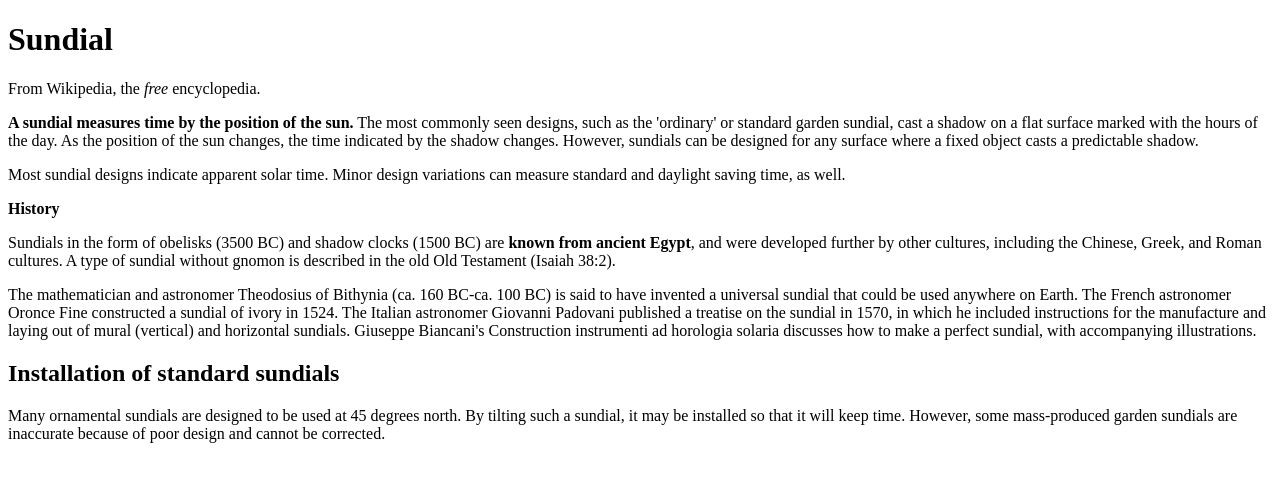
Repository: 9-5-pursuit/lab-intro-to-html
Page: sundial.html
These files come from the project's save history. The page is drawn as it stood at one moment and after a run of saves; the edit follows.
The browser window is 1280 px wide. The pictures show the whole page.

Above is the page before, as saved 2023-02-28 09:25:24.

After the next 5 saves:
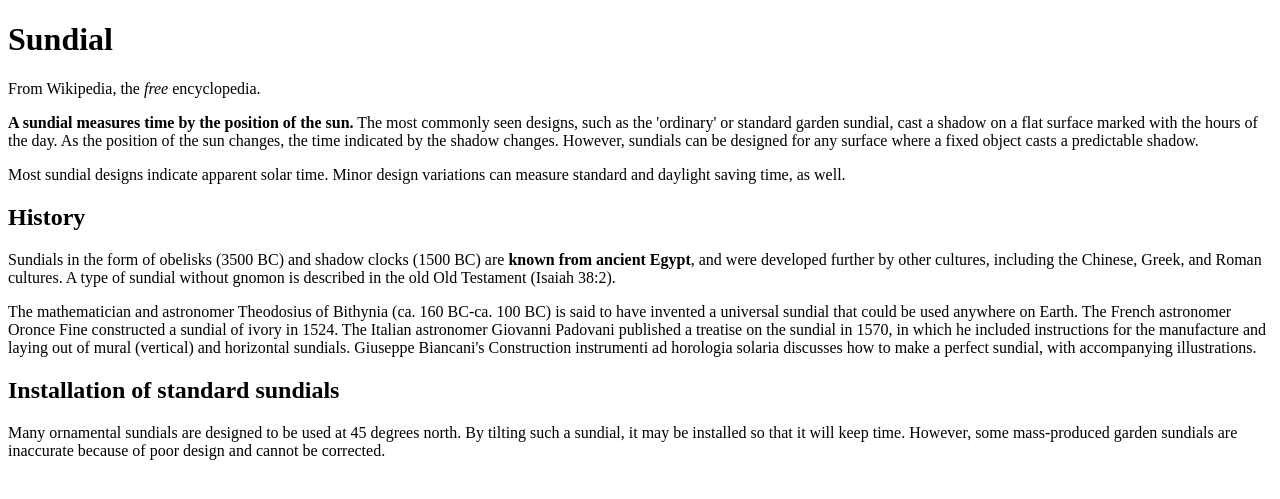
The 5 saves are shown as one change because they came seconds apart.
The last was saved 2 min 19 s later.
--- a/sundial.html
+++ b/sundial.html
@@ -24,7 +24,7 @@
       can measure standard and daylight saving time, as well.
     </p>
     <article>
-      <strong>History</strong>
+      <h2>History</h2>
       <p>
         Sundials in the form of obelisks (3500 BC) and shadow clocks (1500 BC)
         are <strong>known from ancient Egypt</strong>, and were developed
